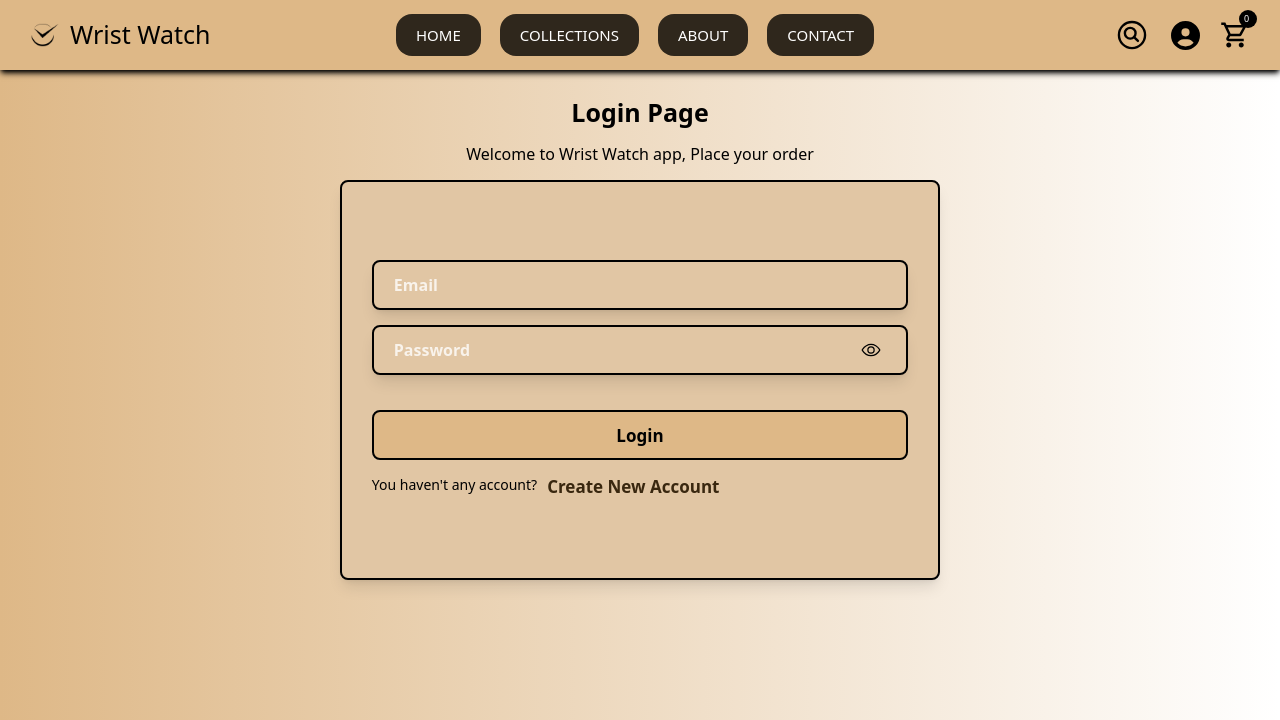
Repository: mansibhanushali/online_watch_ecommerce_mernstack_webapplication
Page: /login (app in frontend/)
The author's editor kept a copy of each file at every save. The page is drawn from the files as they stood at one save, then again after the next save.
The browser window is 1280 px wide. The pictures show the whole page.
The page's requests for data from a server got no answer. The project was rebuilt for these pictures with package versions that can differ from the ones it lists, and the page was loaded fresh each time. No one was signed in, and anything a server would have sent is missing. Also part of the build but not shown: frontend/vite.config.js, frontend/src/component/Loading.jsx, frontend/src/pages/Registration.jsx, frontend/src/component/Backgound.jsx, frontend/src/component/Title.jsx, frontend/src/component/Card.jsx, frontend/src/component/LatestCollection.jsx, frontend/src/component/BestSeller.jsx and 13 more.

Above is the page before, as saved 2025-08-16 17:02:12.

After the next save:
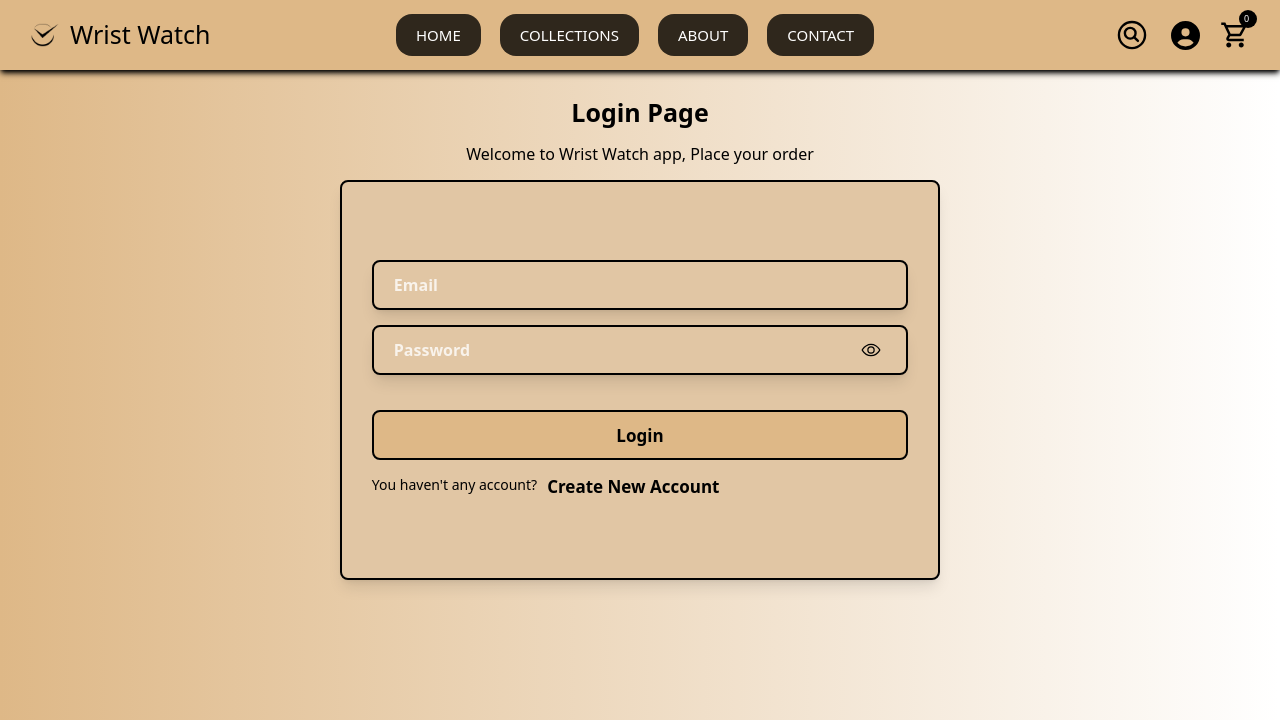
Saved 20 s later.
--- a/frontend/src/pages/Login.jsx
+++ b/frontend/src/pages/Login.jsx
@@ -111,7 +111,7 @@ function Login() {
             <p className='flex gap-[10px] text-sm'>
               You haven't any account?
               <span
-                className='text-[#39270f] text-[17px] font-semibold cursor-pointer'
+                className='text-[black] text-[17px] font-semibold cursor-pointer'
                 onClick={() => navigate("/signup")}
               >
                 Create New Account
